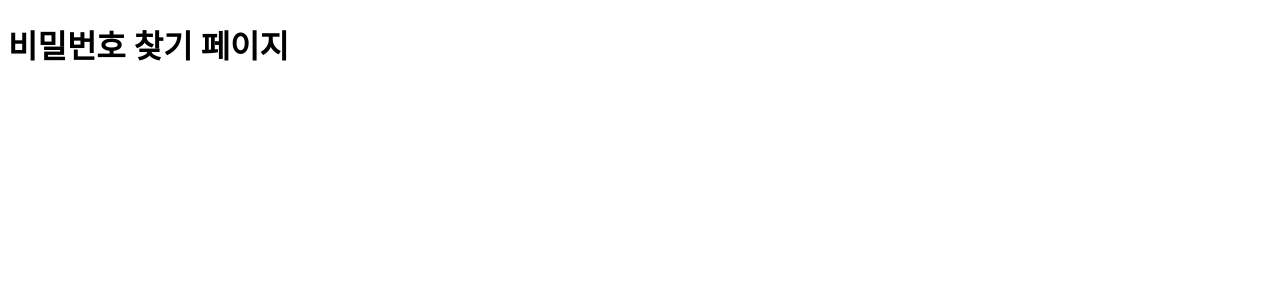
Repository: ksccmp/notice-board
Page: http://localhost/board/search.jsp
An editor plug-in stored every save of this project. The page is shown before and after the next save, followed by the edit.
The browser window is 1280 px wide. The pictures show the whole page.
The page is served by Tomcat 9. Nobody is signed in. The application's start-up code is not run.

Above is the page before, as saved 2019-10-07 11:50:16.

After the next save:
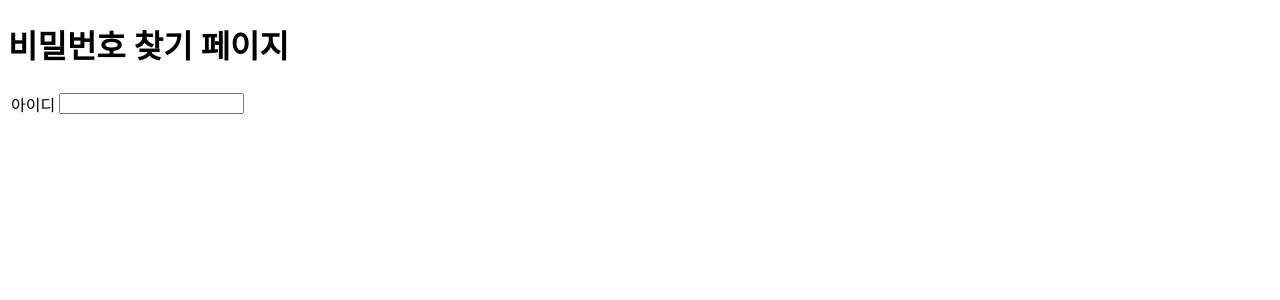
Saved 27 s later.
--- a/board/src/main/webapp/search.jsp
+++ b/board/src/main/webapp/search.jsp
@@ -8,5 +8,11 @@
 </head>
 <body>
 	<h1>비밀번호 찾기 페이지</h1>
+	<table>
+		<tr>
+			<td>아이디</td>
+			<td><input type="text" name="id" id="id"></td>
+		</tr>
+	</table>
 </body>
 </html>
